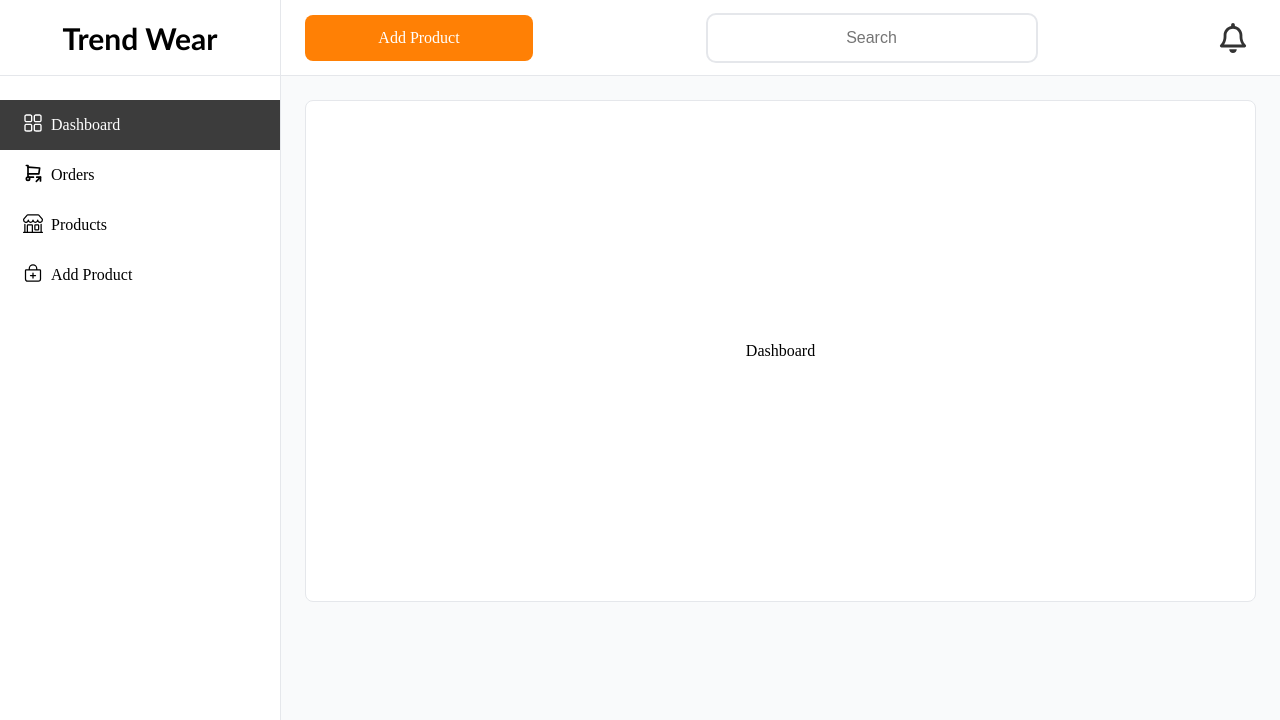
Repository: ahmad-dev7/TrendWear
Page: / (app in trend_wear_dashboard/)
The author's editor kept a copy of each file at every save. The page is drawn from the files as they stood at one save, then again after the next save.
The browser window is 1280 px wide. The pictures show the whole page.
The project was rebuilt for these pictures with package versions that can differ from the ones it lists, and the page was loaded fresh each time. Also part of the build but not shown: trend_wear_dashboard/vite.config.ts.

Above is the page before, as saved 2025-01-19 21:55:40.

### trend_wear_dashboard/index.html
<!doctype html>
<html lang="en">

<head>
  <meta charset="UTF-8" />
  <link rel="icon" type="image/svg+xml" href="/vite.svg" />
  <meta name="viewport" content="width=device-width, initial-scale=1.0" />
  <title>Trend Wear</title>
</head>

<body>
  <div id="root"></div>
  <script type="module" src="/src/main.tsx"></script>
</body>

</html>

### trend_wear_dashboard/src/main.tsx
import { StrictMode } from "react";
import { createRoot } from "react-dom/client";
//import "bootstrap/dist/css/bootstrap.css";
import "./App.css";
import App from "./App.tsx";

createRoot(document.getElementById("root")!).render(
  <StrictMode>
    <App />
  </StrictMode>
);

### trend_wear_dashboard/src/App.css
body {
    background-color: #F9FAFB;
    padding: 0;
    margin: 0;
}

#parent {
    display: flex;
}

### trend_wear_dashboard/src/App.tsx
import { useState } from "react";
import Dashboard from "./Components/Body/Dashboard";
import Navbar from "./Components/Navbar/Navbar";
import Sidebar from "./Components/Sidebar/Sidebar";

function App() {
  const [body, setBody] = useState("Dashboard");

  return (
    <div id="parent">
      <Sidebar onSelectTab={setBody} />
      <div style={{ flex: 1 }}>
        <Navbar />
        <Dashboard>{body}</Dashboard>
      </div>
    </div>
  );
}

export default App;

### trend_wear_dashboard/src/Components/Body/Dashboard.tsx
import "./Dashboard.css";

interface Props {
  children: React.ReactNode;
}

const Dashboard = ({ children }: Props) => {
  return <div id="content-body">{children}</div>;
};

export default Dashboard;

### trend_wear_dashboard/src/Components/Navbar/Navbar.tsx
import "./Navbar.css";
import { FaRegBell } from "react-icons/fa6";

const Navbar = () => {
  return (
    <div>
      <div id="top-navbar">
        <div className="nav-item add-product-button">Add Product</div>
        <input className="nav-item" placeholder="Search" type="text" />
        <FaRegBell className="nav-item icon"></FaRegBell>
      </div>
    </div>
  );
};

export default Navbar;

### trend_wear_dashboard/src/Components/Sidebar/Sidebar.tsx
import "./Sidebar.css";
import SidebarContent from "./SidebarContent";
import { RxDashboard } from "react-icons/rx";
import { TbShoppingCartShare } from "react-icons/tb";
import { BsShop } from "react-icons/bs";
import { IoBagAddOutline } from "react-icons/io5";

interface Props {
  onSelectTab: (tab: string) => void;
}

const Sidebar = ({ onSelectTab }: Props) => {
  interface Tabs {
    icon: JSX.Element;
    label: string;
  }

  const tabs: Tabs[] = [
    { label: "Dashboard", icon: <RxDashboard size={20} /> },
    { label: "Orders", icon: <TbShoppingCartShare size={20} /> },
    { label: "Products", icon: <BsShop size={20} /> },
    { label: "Add Product", icon: <IoBagAddOutline size={20} /> },
  ];

  return (
    <div id="sidebar">
      <div className="header">Trend Wear</div>
      <ul id="sidebar-content">
        <SidebarContent tabsList={tabs} onSelectTab={onSelectTab} />
      </ul>
    </div>
  );
};

export default Sidebar;

### trend_wear_dashboard/src/Components/Body/Dashboard.css
#content-body {
    height: 500px;
    margin: 24px;
    background-color: white;
    display: flex;
    align-items: center;
    justify-content: center;
    border: 1px solid #e5e7eb;
    border-radius: 8px;
}

### trend_wear_dashboard/src/Components/Navbar/Navbar.css
#top-navbar {
    display: flex;
    justify-content: space-between;
    align-items: center;
    /* padding: 0 24px; */
    background-color: white;
    height: 75px;
    width: 100%;
    border-bottom: 1px solid #e5e7eb;
}

.nav-item {
    font-size: 16px;
    color: #333;
    text-align: center;
    width: 200px;
    border-radius: 8px;
    padding: 14px;
    text-decoration: none;
}

.add-product-button {
    color: white;
    margin-left: 24px;
    background-color: #ff8005;
}

#top-navbar input {
    border: none;
    outline: 2px solid #e5e7eb;
    flex-grow: 1;
    max-width: 300px;
}

#top-navbar .icon {
    height: 30px;
    width: 30px;
    margin-right: 24px;
    object-fit: contain;
}

### trend_wear_dashboard/src/Components/Sidebar/Sidebar.css
/* Sidebar.css */
#sidebar {
    background-color: white;
    width: 280px;
    height: 100vh;
    border-right: 1px solid #e5e7eb;
}

#sidebar .header {
    display: flex;
    justify-content: center;
    align-items: center;
    height: 75px;
    font-size: 30px;
    font-weight: bold;
    font-family: 'Gill Sans', 'Gill Sans MT', Calibri, 'Trebuchet MS', sans-serif;
    background-color: white;
    text-align: center;
    border-bottom: 1px solid #e5e7eb;
}

#sidebar-content {
    list-style-type: none;
    margin-top: 24px;
    padding: 0;
    cursor: pointer;
}

#sidebar-content .tab {
    height: 50px;
    color: black;
    display: flex;
    align-items: center;
    padding-left: 15px;
}

.icon {
    padding: 8px;
}

#sidebar-content .active {
    background-color: #3c3c3c;
    color: white;
}

#sidebar-content .tab:hover:not(.active) {
    background-color: #e5e7eb;
}

### trend_wear_dashboard/src/Components/Sidebar/SidebarContent.tsx
import "./Sidebar.css";
import { useState } from "react";

interface Tabs {
  icon: JSX.Element;
  label: string;
}

interface Props {
  tabsList: Tabs[];
  onSelectTab: (tab: string) => void;
}

const SidebarContent = ({ tabsList, onSelectTab }: Props) => {
  const [active, setTab] = useState("Dashboard");
  return (
    <>
      {tabsList.map((tab) => (
        <li
          key={tab.label}
          className={"tab " + (tab.label == active && "active")}
          onClick={() => {
            setTab(tab.label);
            onSelectTab(tab.label);
          }}
        >
          <div className="icon">{tab.icon}</div>
          <div className="label">{tab.label}</div>
        </li>
      ))}
    </>
  );
};

export default SidebarContent;

After the next save:
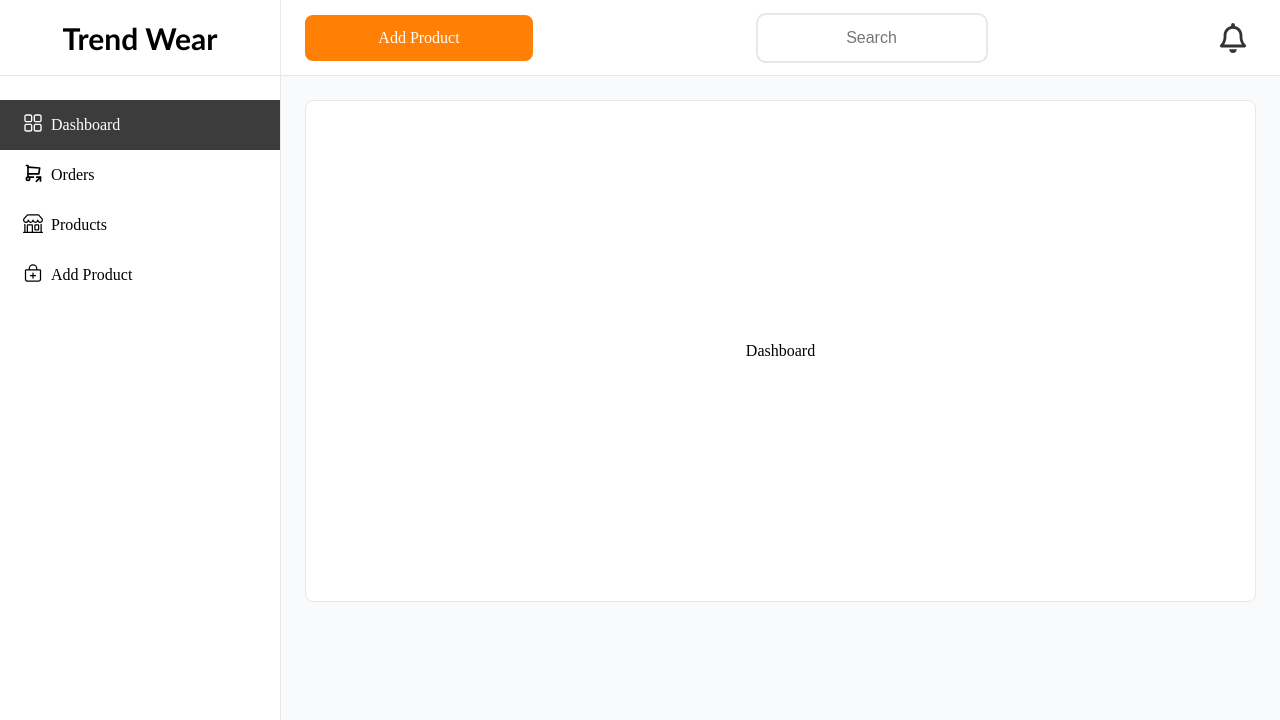
Saved 68 s later.
--- a/trend_wear_dashboard/src/Components/Navbar/Navbar.css
+++ b/trend_wear_dashboard/src/Components/Navbar/Navbar.css
@@ -29,7 +29,7 @@
     border: none;
     outline: 2px solid #e5e7eb;
     flex-grow: 1;
-    max-width: 300px;
+    max-width: 200px;
 }
 
 #top-navbar .icon {
